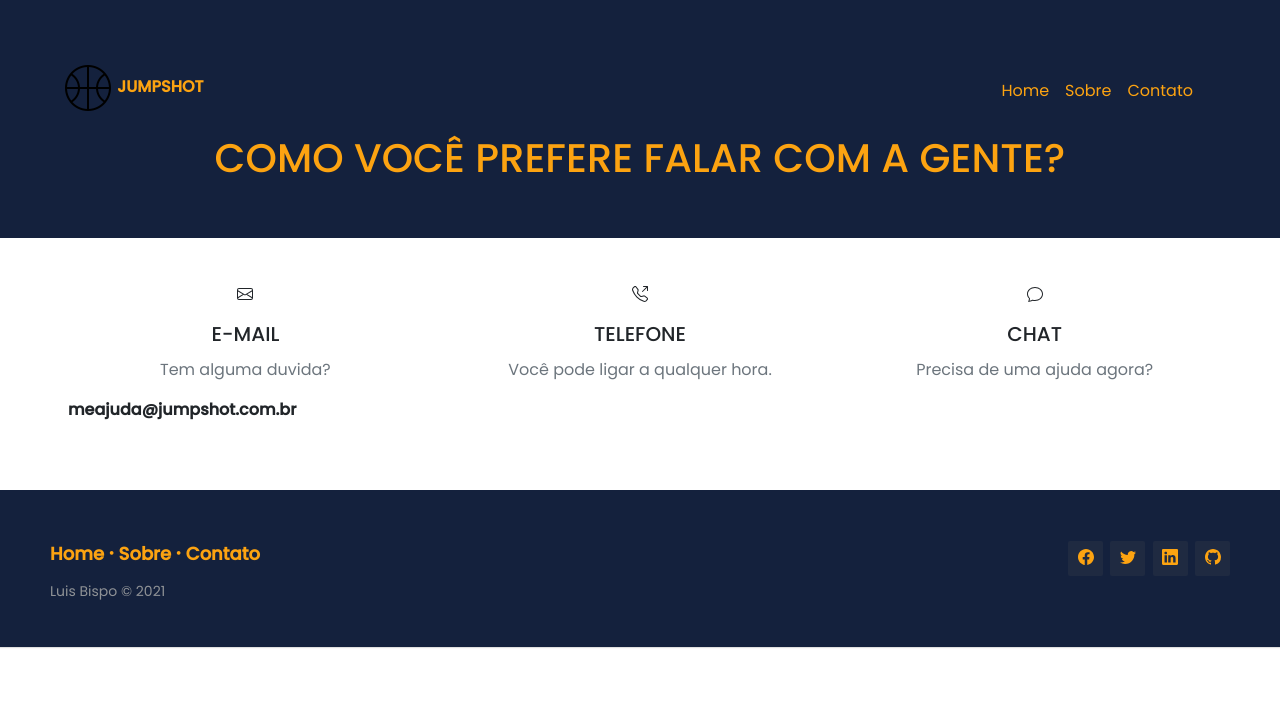
Repository: luisbisp/Jumpshot
Page: pages/contact.html
These files come from the project's save history. The page is drawn as it stood at one moment and after the next save; the edit follows.
The browser window is 1280 px wide. The pictures show the whole page.

Above is the page before, as saved 2021-07-07 20:18:55.

After the next save:
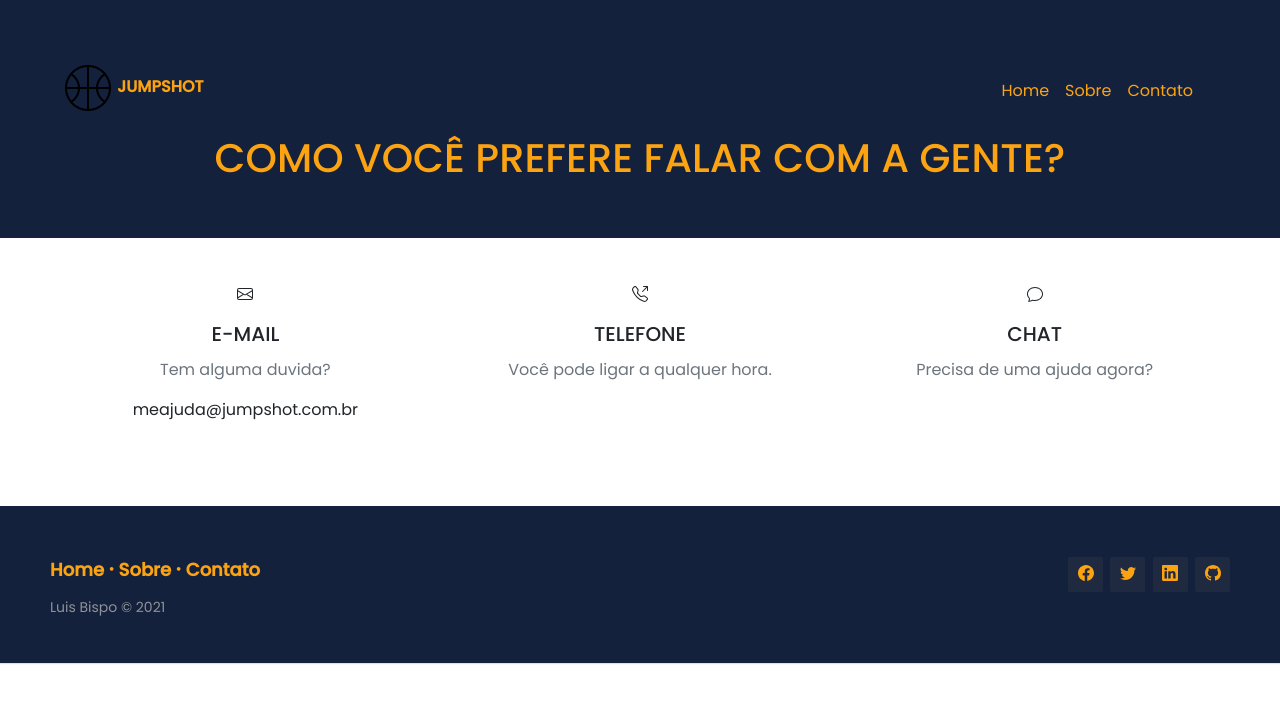
Saved 16 s later.
--- a/pages/contact.html
+++ b/pages/contact.html
@@ -74,7 +74,7 @@
                 <div class="card-body">
                     <h5 class="card-title text-center">E-MAIL</h5>
                     <p class="card-text text-center text-secondary">Tem alguma duvida?</p>
-                    <strong class="card-text text-center"> meajuda@jumpshot.com.br</strong>
+                    <p class="text-center"> meajuda@jumpshot.com.br</p>
                 </div>
             </div>
             <div class="card border-0">
